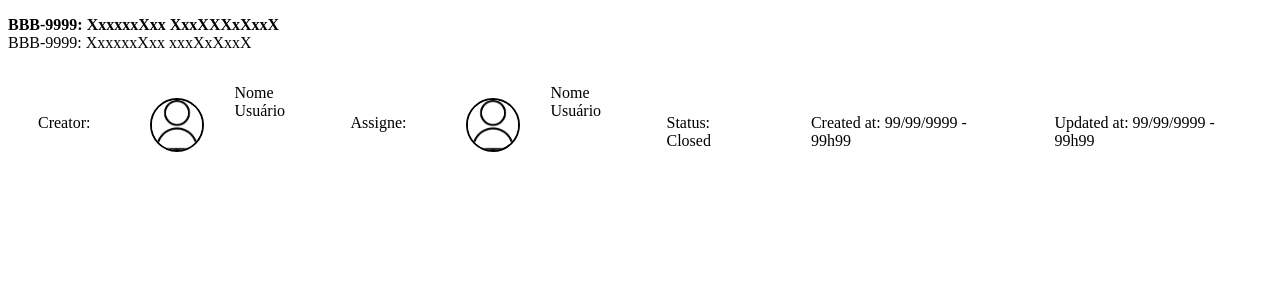
Repository: AnaBerlanda/PaginaFer
Page: index.html
The author's editor kept a copy of each file at every save. The page is drawn from the files as they stood at one save, then again after the next save.
The browser window is 1280 px wide. The pictures show the whole page.

Above is the page before, as saved 2022-05-20 15:50:45.

After the next save:
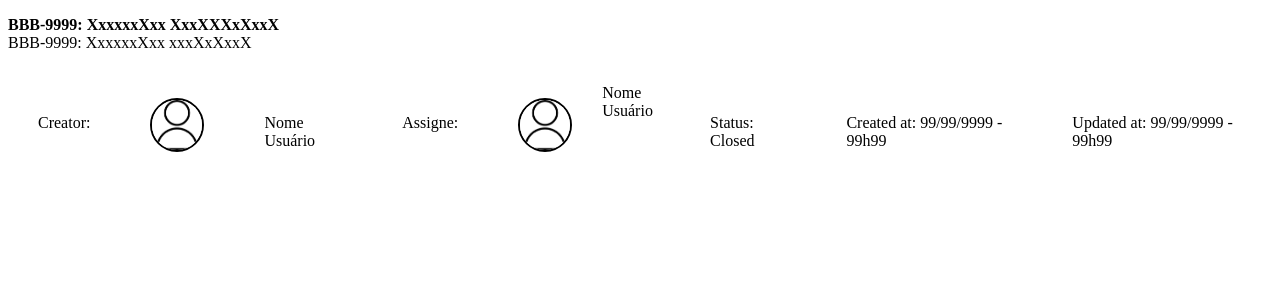
Saved 34 s later.
--- a/index.html
+++ b/index.html
@@ -19,7 +19,7 @@
         <div class="imagem">
             <img src="imagem/Icone-usuario-Png-1024x1024.png">
         </div>
-        <div class="nome-usuario">
+        <div class="textos">
             <p>Nome Usuário</p>
         </div>
         <div class="textos">
